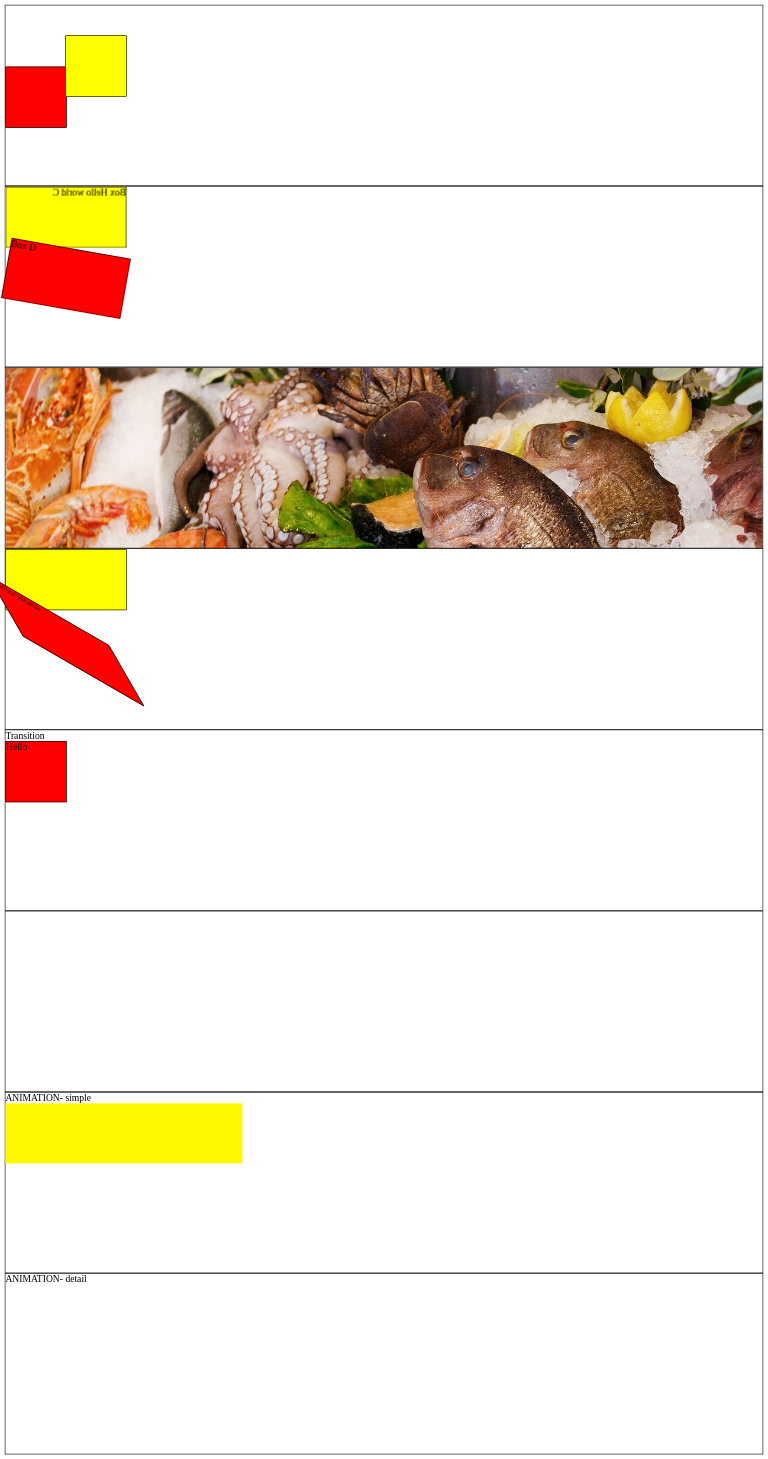
Repository: 4forces/HTML-CSS-LESSON
Page: lesson4-animation/animation.html
The author's editor kept a record of every edit. The page is drawn from the files as they stood at one moment, then again after the next edit.
The browser window is 1280 px wide. The pictures show the whole page, at 60% of full size.

Above is the page before.

### lesson4-animation/animation.html
<!DOCTYPE html>
<html lang="en">
<head>
    <meta charset="UTF-8">
    <meta name="viewport" content="width=device-width, initial-scale=1.0">
    <meta http-equiv="X-UA-Compatible" content="ie=edge">
    <link rel="stylesheet" href="styles/animation.css" type="text/css" />
    <title>Document</title>
</head>
<body>
    <div class="section">
        <div class="box yellow"></div>
        <div class="box red"></div>
    </div>
    <div class="section">
        <div class="boxC">Box Hello world C</div>
        <div class="boxD">Box D</div>
    </div>
    <div class="section section-scale">
    </div>
    <div class="section">
        <div class="boxE"></div>
        <div class="boxF">Hello World</div>
    </div>
    <div class="section">
        Transition
        <div class="box-transition">Hello</div>
    </div>
    <div class="section"></div>
    <div class="section">
        ANIMATION- simple
        <div class="box-animation1"></div>
    </div>
    <div class="section">
        ANIMATION- detail
        <div class="box-animation"></div>
    </div>
</body>
</html>

### lesson4-animation/styles/animation.css
.box    {
    height: 100px;
    width:100px;
    border:1px solid black;
}

.yellow{
    background-color: yellow;
    transform: translate(100px,50px)

}
.red{
    background-color: red;
}

.section{
    height: 300px;
    border: 1px solid black;
}

.boxC{
    height: 100px;
    width:200px;
    border:1px solid black;
    background-color: yellow;
    transform: rotateY(180deg);
}
.boxD{
    height: 100px;
    width:200px;
    border:1px solid black;
    background-color: red;
    transform: rotate(10deg)
}

.section-scale{
    background-image: url(../images/seafood-banner.jpg);
    background-repeat: no-repeat;
    background-size: cover;
}
.section-scale:hover{
    transform: scale(1.1) rotate(20deg)
}
.boxE{
    height: 100px;
    width:200px;
    border:1px solid black;
    background-color: yellow;
}
.boxF{
    height: 100px;
    width:200px;
    border:1px solid black;
    background-color: red;
    transform : skew(30deg, 30deg);
}

/*transition*/
.box-transition{
    width:100px;
    height: 100px;
    border:1px solid black;
    background-color: red;
    transition: width 5s;
    transition-timing-function: ease-out;
}
.box-transition:hover{
    /*background-color: blue;*/
    width:300px;
    /*font-size: 2rem;*/
    /*color:white;*/


    /*transition-delay: 1s;*/
    /*linear ease ease-in ease-out ease-in-out*/
}

/*Animation*/
.box-animation1   {
    height: 100px;
    width: 200px;
    background-color: red;

    animation-name: grow;
    animation-duration: 5s;
    animation-delay:1s;
    animation-iteration-count: 1; /* <assign a number> or enter infinite*/
    animation-fill-mode:forwards; /**/
}

@keyframes grow {
    from {background-color: red; width:200px}
    to {background-color: yellow;width:400px}
}

.box-animation2   {
    height: 100px;
    width: 200px;
    background-color: orange;

    animation-name: rainbow;
    animation-duration: 5s;
    animation-iteration-count: infinite;

}
@keyframes rainbow {
    0%     {background-color: red;transform: rotate(0deg)}
    30%    {background-color: orange;transform: rotate(72deg)}
    50%    {background-color: yellow;transform: rotate(144deg)}
    70%    {background-color: green;transform: rotate(216deg)}
    90%    {background-color: blue;transform: rotate(288deg)}
    100%    {background-color: purple;transform: rotate(360deg)}
}
.logo {
    height: 100px;
    animation-name: bounce;
    animation-duration: 2s;
    position: relative;
}
@keyframes

After the next edit:
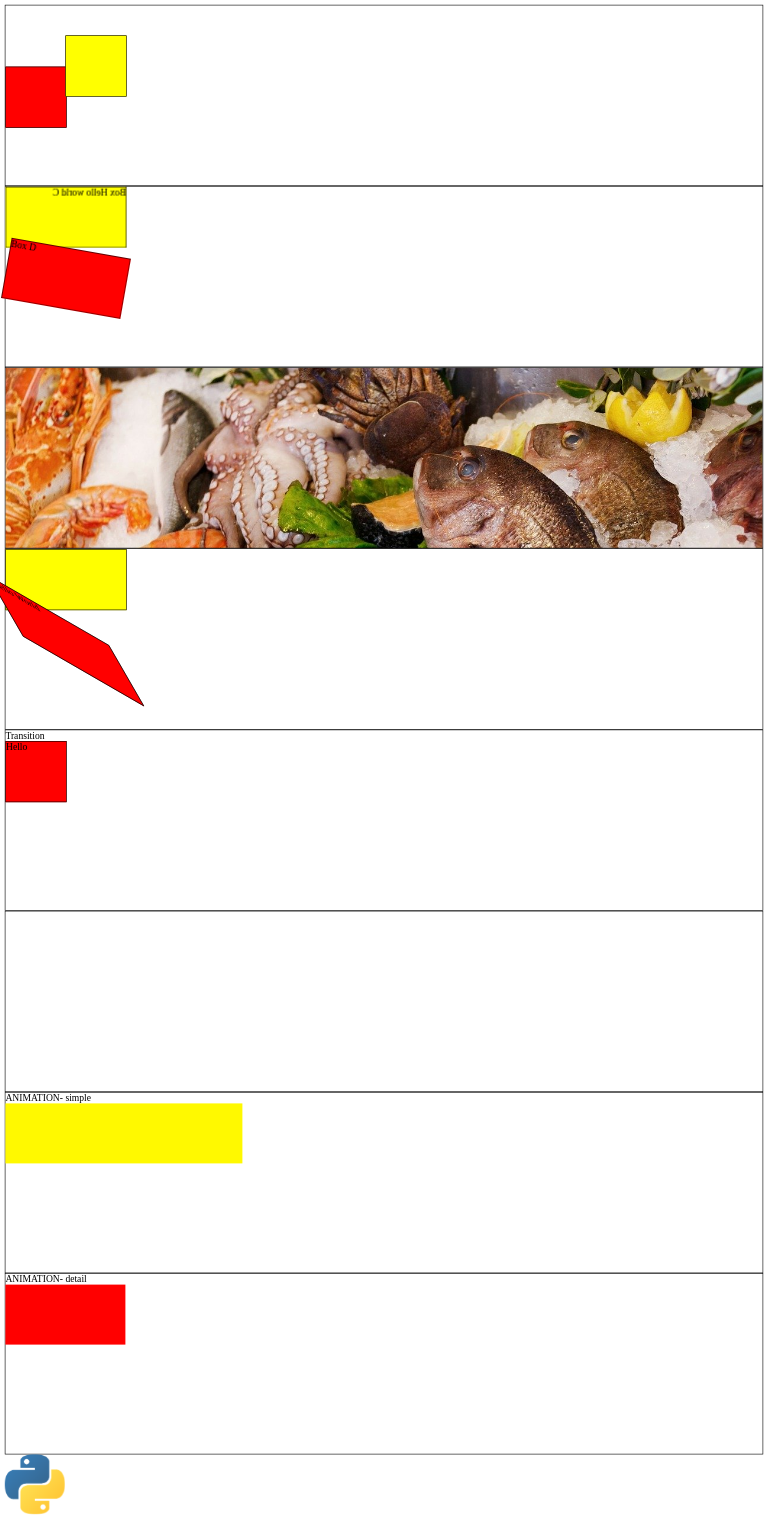
The edit:
--- a/lesson4-animation/animation.html
+++ b/lesson4-animation/animation.html
@@ -33,7 +33,8 @@
     </div>
     <div class="section">
         ANIMATION- detail
-        <div class="box-animation"></div>
+        <div class="box-animation2"></div>
     </div>
+    <img src="images/python.png" class='logo'/>
 </body>
 </html>
